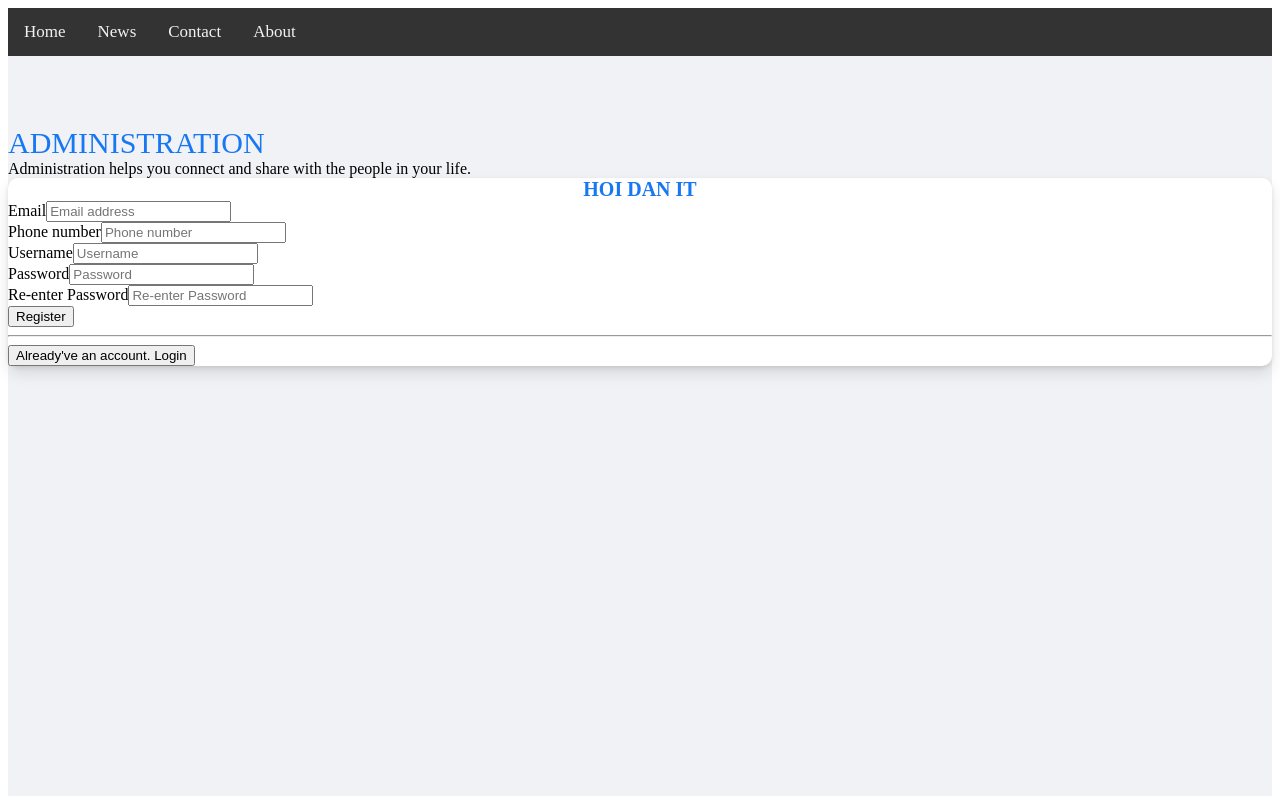
Repository: minhtien9/jwt_Reactjs_Frontend
Page: /register
An editor plug-in stored every save of this project. The page is shown before and after the next save, followed by the edit.
The browser window is 1280 px wide. The pictures show the whole page.
The project was rebuilt for these pictures with package versions that can differ from the ones it lists, and the page was loaded fresh each time. Also part of the build but not shown: src/App.scss, src/components/Login/Login.scss, src/components/Login/Login.js, src/components/ManageUsers/Users.js.

Above is the page before, as saved 2022-05-28 23:08:51.

### src/index.js
import React from 'react'
import ReactDOM from 'react-dom'
import App from './App'
import reportWebVitals from './reportWebVitals'

ReactDOM.render(
    <React.StrictMode>
        <App />
    </React.StrictMode>,
    document.getElementById('root')
)

// If you want to start measuring performance in your app, pass a function
// to log results (for example: reportWebVitals(console.log))
// or send to an analytics endpoint. Learn more: https://bit.ly/CRA-vitals
reportWebVitals()

### src/App.js
import _ from 'lodash'
import { useEffect, useState } from 'react'
import { BrowserRouter as Router, Route, Switch } from 'react-router-dom'
import { ToastContainer } from 'react-toastify'
import 'react-toastify/dist/ReactToastify.css'
import './App.scss'

import Nav from './components/Navigation/Nav'
import AppRoutes from './routes/AppRoutes'

function App() {
    const [account, setAccount] = useState({})

    useEffect(() => {
        let session = sessionStorage.getItem('account')
        if (session) {
            setAccount(JSON.parse(session))
        }
    }, [])
    return (
        <>
            <Router>
                <div className='app-header'>
                    <Nav />
                </div>
                <div className='app-container'>
                    {/* {account &&
                        !_.isEmpty(account) &&
                        account.isAuthenticated && <Nav />} */}

                    <AppRoutes />
                </div>
            </Router>
            <ToastContainer
                position='bottom-center'
                autoClose={5000}
                hideProgressBar={false}
                newestOnTop={false}
                closeOnClick
                rtl={false}
                pauseOnFocusLoss
                draggable
                pauseOnHover
            />
        </>
    )
}

export default App

### src/components/Navigation/Nav.js
import { useEffect, useState } from 'react'
import { NavLink, useLocation } from 'react-router-dom'
import './Nav.scss'

const Nav = (props) => {
    const [isShow, setIsShow] = useState(true)
    let location = useLocation()

    useEffect(() => {
        if (location.pathname === '/login') {
            setIsShow(false)
        }
    }, [])
    return (
        <>
            {isShow === true && (
                <div className='topnav'>
                    <NavLink to='/home'>Home</NavLink>
                    <NavLink to='/news'>News</NavLink>
                    <NavLink to='/contact'>Contact</NavLink>
                    <NavLink to='/about'>About</NavLink>
                </div>
            )}
        </>
    )
}

export default Nav

### src/routes/AppRoutes.js
import React from 'react'
import { BrowserRouter as Router, Route, Switch } from 'react-router-dom'
import Login from '../components/Login/Login'
import Users from '../components/ManageUsers/Users'
import Register from '../components/Register/Register'
const AppRoutes = () => {
    return (
        <>
            <Switch>
                <Route path='/news'>new</Route>
                <Route path='/about'>about</Route>

                <Route path='/contact'>contact</Route>
                <Route path='/login'>
                    <Login />
                </Route>

                <Route path='/register'>
                    <Register />
                </Route>

                <Route path='/users'>
                    <Users />
                </Route>
                <Route path='/' exact>
                    home
                </Route>
                <Route path='*'>404 Not Found</Route>
            </Switch>
        </>
    )
}

export default AppRoutes

### src/components/Navigation/Nav.scss
.topnav {
    overflow: hidden;
    background-color: #333;
    a {
        float: left;
        color: #f2f2f2;
        text-align: center;
        padding: 14px 16px;
        text-decoration: none;
        font-size: 17px;
    }

    a:hover {
        background-color: #ddd;
        color: black;
    }

    a.active {
        background-color: #04aa6d;
        color: white;
    }
}

### src/components/Register/Register.js
import { useState } from 'react'
import { useHistory } from 'react-router-dom'
import { toast } from 'react-toastify'
import { registerNewUser } from '../../services/userService'
import './Register.scss'

const Register = (props) => {
    const [email, setEmail] = useState('')
    const [phone, setPhone] = useState('')
    const [username, setUsername] = useState('')
    const [password, setPassword] = useState('')
    const [confirmPassword, setConfirmPassword] = useState('')
    const defaultValidInput = {
        isValidEmail: true,
        isValidPhone: true,
        isValidPassword: true,
        isValidConfirmPassword: true,
    }
    const [objCheckInput, setObjCheckInput] = useState(defaultValidInput)
    let history = useHistory()
    const handleBackLogin = () => {
        history.push('./login')
    }

    const isValidInputs = () => {
        setObjCheckInput(defaultValidInput)

        if (!email) {
            toast.error('Please enter a valid email')
            setObjCheckInput({ ...defaultValidInput, isValidEmail: false })
            return false
        }
        const regx = /\S+@\S+\.\S+/
        if (!regx.test(email)) {
            toast.error('Please enter valid email format')
            setObjCheckInput({ ...defaultValidInput, isValidEmail: false })
            return false
        }
        if (!phone) {
            toast.error('Please enter a valid phone')
            setObjCheckInput({ ...defaultValidInput, isValidPhone: false })

            return false
        }
        if (!password) {
            toast.error('Please enter a valid password')
            setObjCheckInput({ ...defaultValidInput, isValidPassword: false })

            return false
        }
        if (password !== confirmPassword) {
            toast.error('Your password is not the same')
            setObjCheckInput({
                ...defaultValidInput,
                isValidConfirmPassword: false,
            })

            return false
        }

        return true
    }

    const handleRegister = async () => {
        const check = isValidInputs()
        if (check === true) {
            let response = await registerNewUser(
                email,
                phone,
                username,
                password
            )

            let serverData = response.data
            if (+serverData.EC === 0) {
                toast.success(serverData.EM)
                history.push('/login')
            } else {
                toast.error(serverData.EM)
            }
        }
    }
    return (
        <div className='register-container '>
            <div className='container'>
                <div className='row px-3 px-sm-0'>
                    <div className='content-left col-12 d-none col-sm-7 d-sm-block'>
                        <div className='brand'>Administration</div>
                        <div className='detail'>
                            Administration helps you connect and share with the
                            people in your life.
                        </div>
                    </div>
                    <div className='content-right col-sm-5 col-12 d-flex flex-column gap-3 py-3'>
                        <div className='brand d-sm-none'>Hoi Dan IT</div>
                        <div className='form-group'>
                            <label htmlFor=''>Email</label>
                            <input
                                type='text'
                                className={
                                    objCheckInput.isValidEmail
                                        ? 'form-control'
                                        : 'form-control is-invalid'
                                }
                                placeholder='Email address'
                                value={email}
                                onChange={(event) =>
                                    setEmail(event.target.value)
                                }
                            />
                        </div>
                        <div className='form-group'>
                            <label htmlFor=''>Phone number</label>
                            <input
                                type='text'
                                className={
                                    objCheckInput.isValidPhone
                                        ? 'form-control'
                                        : 'form-control is-invalid'
                                }
                                placeholder='Phone number'
                                value={phone}
                                onChange={(event) =>
                                    setPhone(event.target.value)
                                }
                            />
                        </div>
                        <div className='form-group'>
                            <label htmlFor=''>Username</label>
                            <input
                                type='text'
                                className='form-control'
                                placeholder='Username'
                                value={username}
                                onChange={(event) =>
                                    setUsername(event.target.value)
                                }
                            />
                        </div>
                        <div className='form-group'>
                            <label htmlFor=''>Password</label>
                            <input
                                type='password'
                                className={
                                    objCheckInput.isValidPassword
                                        ? 'form-control'
                                        : 'form-control is-invalid'
                                }
                                placeholder='Password'
                                value={password}
                                onChange={(event) =>
                                    setPassword(event.target.value)
                                }
                            />
                        </div>
                        <div className='form-group'>
                            <label htmlFor=''>Re-enter Password</label>
                            <input
                                type='password'
                                className={
                                    objCheckInput.isValidConfirmPassword
                                        ? 'form-control'
                                        : 'form-control is-invalid'
                                }
                                placeholder='Re-enter Password'
                                value={confirmPassword}
                                onChange={(event) =>
                                    setConfirmPassword(event.target.value)
                                }
                            />
                        </div>
                        <button
                            className='btn btn-primary'
                            type='button'
                            onClick={() => handleRegister()}
                        >
                            Register
                        </button>
                        {/* <span className='text-center'>
                            <a className='forgot-password' href='#'>
                                Forgot your password?
                            </a>
                        </span> */}
                        <hr />
                        <div className='text-center'>
                            <button
                                className='btn btn-success'
                                onClick={() => handleBackLogin()}
                            >
                                Already've an account. Login
                            </button>
                        </div>
                    </div>
                </div>
            </div>
        </div>
    )
}

export default Register

### src/services/userService.js
import axios from 'axios'

const registerNewUser = (email, phone, username, password) => {
    return axios.post('http://localhost:8080/api/v1/register', {
        email,
        phone,
        username,
        password,
    })
}

const loginUser = (valueLogin, password) => {
    return axios.post('http://localhost:8080/api/v1/login', {
        valueLogin,
        password,
    })
}
export { registerNewUser, loginUser }

### src/components/Register/Register.scss
.register-container {
    background-color: #f0f2f5;
    min-height: 100vh;
    padding-top: 20px;

    .content-left {
        margin-top: 50px;

        .brand {
            text-transform: uppercase;
            font-size: 30px;
            color: #1877f2;
        }

        .details {
            font-size: 20px;
        }
    }

    .content-right {
        border-radius: 10px;
        background-color: #fff;
        box-shadow: 0 2px 4px rgb(0 0 0 /10%), 0 8px 16px rgb(0 0 0 /10%);
        box-sizing: border-box;

        .brand {
            text-transform: uppercase;
            font-size: 20px;
            color: #1877f2;
            text-align: center;
            font-weight: 600;
        }

        .forgot-password {
            text-decoration: none;
            &:hover {
                text-decoration: underline;
            }
        }
    }
}

Loaded but not shown: public/index.html (common file); src/reportWebVitals.js (common file); src/components/ManageUsers/User.scss (no stored copy; drawn as an empty file)

After the next save:
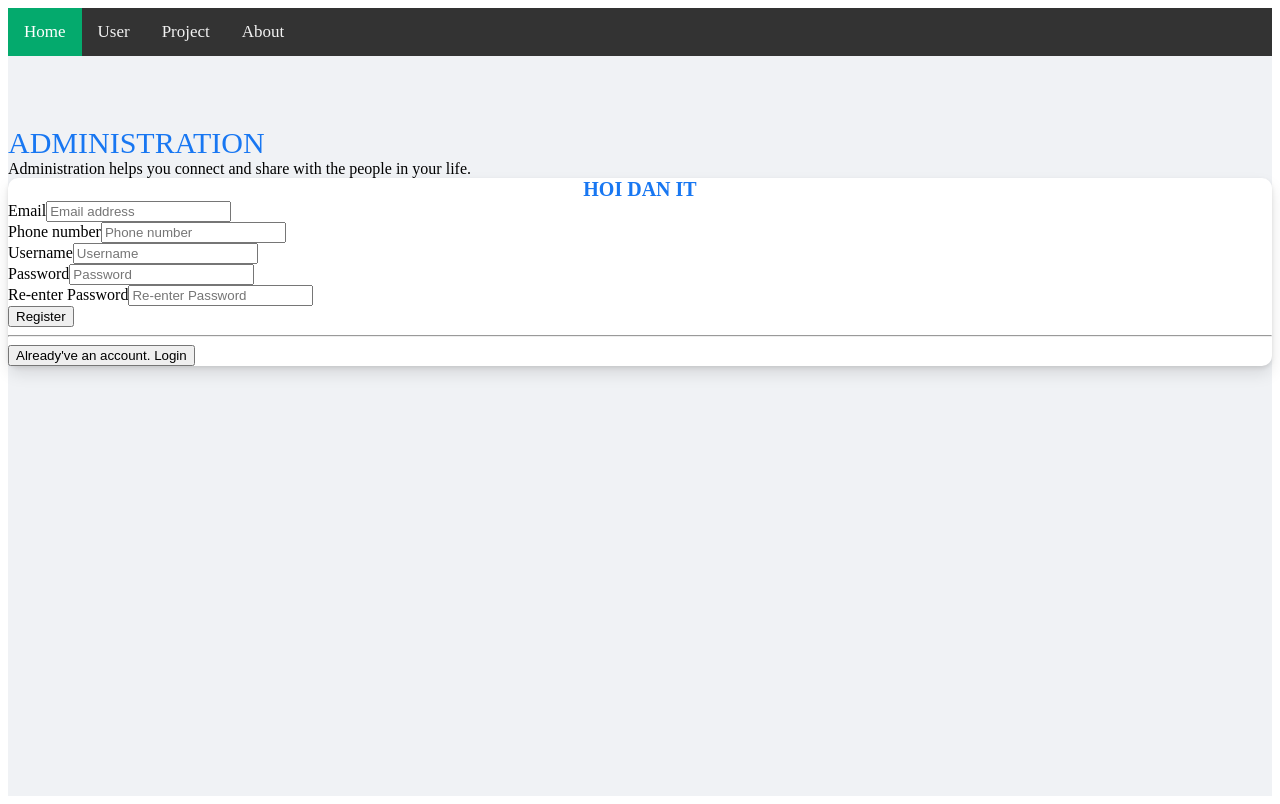
Saved 28 s later.
--- a/src/components/Navigation/Nav.js
+++ b/src/components/Navigation/Nav.js
@@ -15,9 +15,9 @@ const Nav = (props) => {
         <>
             {isShow === true && (
                 <div className='topnav'>
-                    <NavLink to='/home'>Home</NavLink>
-                    <NavLink to='/news'>News</NavLink>
-                    <NavLink to='/contact'>Contact</NavLink>
+                    <NavLink to='/'>Home</NavLink>
+                    <NavLink to='/users'>User</NavLink>
+                    <NavLink to='/projects'>Project</NavLink>
                     <NavLink to='/about'>About</NavLink>
                 </div>
             )}
